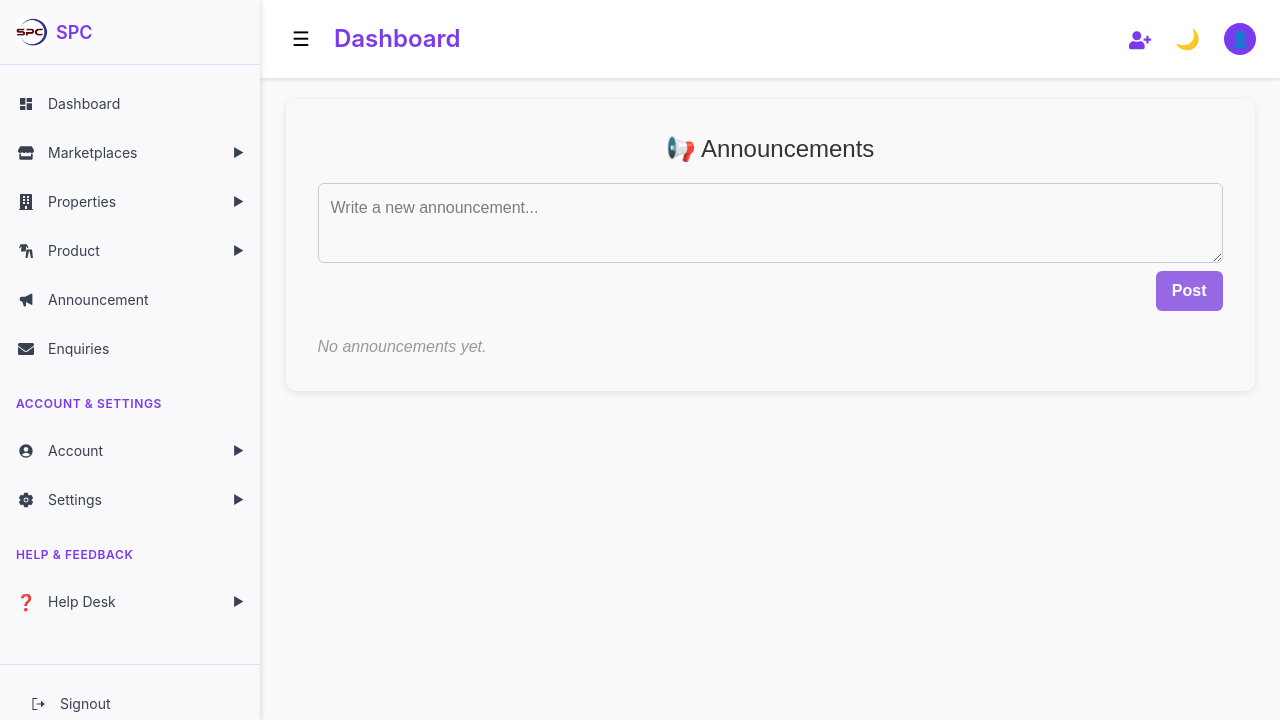
Repository: TheRDGroupOfIndustries/path-ecommerce
Page: /admin-anouncment (app in admin/)
These files come from the project's save history. The page is drawn as it stood at one moment and after a run of saves; the edit follows.
The browser window is 1280 px wide. The pictures show the whole page.
The page's requests for data from a server got no answer. The project was rebuilt for these pictures with package versions that can differ from the ones it lists, and the page was loaded fresh each time. Some packages were replaced by stand-ins written for this rebuild. No one was signed in, and anything a server would have sent is missing. Also part of the build but not shown: admin/vite.config.js, admin/src/pages/Dashboard/Dashboard.jsx, admin/src/pages/UserManagement/User.css, admin/src/pages/UserManagement/ViewUser.jsx, admin/src/pages/Login/Login.jsx, admin/src/pages/UserManagement/KYC.jsx, admin/src/pages/MarketPlace/AddItemM.css, admin/src/pages/MarketPlace/AddItemM.jsx and 14 more.

Above is the page before, as saved 2025-07-06 23:52:19.

### admin/index.html
<!doctype html>
<html lang="en">
  <head>
    <meta charset="UTF-8" />
    <link rel="icon" type="image/svg+xml" href="/vite.svg" />
    <meta name="viewport" content="width=device-width, initial-scale=1.0" />
    <title>SPC-Admin</title>
     <script src="https://cdn.jsdelivr.net/npm/@tailwindcss/browser@4"></script>
  </head>
  <body>
    <div id="root"></div>
    <script type="module" src="/src/main.jsx"></script>
  </body>
</html>

### admin/src/index.css
body {
  background: #f6f7ff;
}

.app-layout {
  min-height: 100vh;
  background-color:white;
  transition: all 0.3s ease;
}

.app-layout.dark {
  background-color: #1a202c;
}

.main-content {
  transition: margin-left 0.3s ease;
}

.main-content.sidebar-open {
  margin-left: 280px;
}

.main-content.sidebar-closed {
  margin-left: 0;
}

@media (max-width: 1024px) {
  .main-content.sidebar-open,
  .main-content.sidebar-closed {
    margin-left: 0;
  }
}

### admin/src/components/Header/Header.jsx
import "./Header.css"
import { Link } from "react-router-dom"
import { FaUserPlus } from "react-icons/fa";

const Header = ({ toggleSidebar, toggleDarkMode, darkMode }) => {
  return (
    <header className="header">
      <div className="header-left">
        <button className="sidebar-toggle-mobile" onClick={toggleSidebar} aria-label="Open Sidebar">
          <span>&#9776;</span>
        </button>
        <button onClick={toggleSidebar} className="sidebar-toggle">
          ☰
        </button>
        <h1 className="page-title">Dashboard</h1>
      </div>
      <div className="header-right">

       <div className="login-btn2">
        <button><Link to="/signup"><FaUserPlus/></Link></button>
       </div>


        <button onClick={toggleDarkMode} className="theme-toggle">
          {darkMode ? "☀️" : "🌙"}
        </button>

      <div className="user-profile">
        <div className="user-avatar">
          {JSON.parse(localStorage.getItem("user"))?.email?.charAt(0).toUpperCase() || "👤"}
        </div>
      </div>

      </div>
    </header>
  )
}

export default Header

### admin/src/pages/Announcment/AdminAnnouncment.jsx
import React, { useEffect, useState } from "react";
import "./Anouncment.css";
import {
  fetchDataFromApi,
  postData,
  patchData,
  deleteData,
} from "../../utils/api";
import { MdEdit } from "react-icons/md";
import { MdDelete } from "react-icons/md";

const AdminAnnouncment = () => {
  const [announcements, setAnnouncements] = useState([]);
  const [input, setInput] = useState("");
  const [editingId, setEditingId] = useState(null);
  const [editText, setEditText] = useState("");

  const loadAnnouncements = async () => {
    try {
      const data = await fetchDataFromApi("/announcement/get");
      setAnnouncements(data);
    } catch (error) {
      console.error("Error loading announcements:", error);
    }
  };

  useEffect(() => {
    loadAnnouncements();
  }, []);

  const handlePost = async () => {
    if (input.trim() === "") return;

    try {
      const newAnnouncement = await postData("/announcement/create", { text: input });
      setAnnouncements((prev) => [newAnnouncement, ...prev]);
      setInput("");
    } catch (error) {
      console.error("Failed to post announcement:", error);
    }
  };

  const handleEdit = (id, currentText) => {
    setEditingId(id);
    setEditText(currentText);
  };

  const handleSaveEdit = async (id) => {
    if (editText.trim() === "") return;
    try {
      const updated = await patchData(`/announcement/update/${id}`, { text: editText });
      setAnnouncements((prev) =>
        prev.map((a) => (a.id === id ? updated : a))
      );
      setEditingId(null);
      setEditText("");
    } catch (error) {
      console.error("Error updating announcement:", error);
    }
  };

  const handleDelete = async (id) => {
    if (!window.confirm("Are you sure you want to delete this announcement?")) return;

    try {
      await deleteData(`/announcement/delete/${id}`);
      setAnnouncements((prev) => prev.filter((a) => a.id !== id));
    } catch (error) {
      console.error("Error deleting announcement:", error);
    }
  };

  return (
    <div className="announcement-container">
      <h2 className="announcement-title">📢 Announcements</h2>

      <div className="announcement-input">
        <textarea
          placeholder="Write a new announcement..."
          value={input}
          onChange={(e) => setInput(e.target.value)}
        />
        <button onClick={handlePost}>Post</button>
      </div>

      <div className="announcement-list">
        {announcements.length === 0 ? (
          <p className="no-announcement">No announcements yet.</p>
        ) : (
          announcements.map((a) => (
            <div key={a.id} className="announcement-item">
              {editingId === a.id ? (
                <>
                  <textarea
                    value={editText}
                    onChange={(e) => setEditText(e.target.value)}
                  />
                  <div className="edit-actions">
                    <button onClick={() => handleSaveEdit(a.id)}>💾 Save</button>
                    <button onClick={() => setEditingId(null)}>❌ Cancel</button>
                  </div>
                </>
              ) : (
                <>
                  <p>{a.text}</p>
                  <div className="announcement-meta">
                    <span className="timestamp">
                      🕒 {new Date(a.createdAt).toLocaleString()}
                    </span>
                    <div className="actions">
                      <button onClick={() => handleEdit(a.id, a.text)}><MdEdit /></button>
                      <button onClick={() => handleDelete(a.id)}><MdDelete/></button>
                    </div>
                  </div>
                </>
              )}
            </div>
          ))
        )}
      </div>
    </div>
  );
};

export default AdminAnnouncment;

### admin/src/components/Header/Header.css
.login-btn2 {
    /* background: linear-gradient(90deg, #7c3aed 0%, #a78bfa 100%); */
    color: #7c3aed;
    border: none;
    font-size: 1.4rem;
    font-weight: 600;
    cursor: pointer;
    margin-top: 0.5rem;
    transition: background 0.2s;
  }

  .login-btn:hover {
    background: linear-gradient(90deg, #a78bfa 0%, #7c3aed 100%);
  }

.sidebar-toggle-mobile {
  display: none;
  background: none;
  border: none;
  font-size: 2rem;
  color: #7c3aed;
  cursor: pointer;
  margin-right: 1rem;
}
@media (max-width: 768px) {
  .sidebar-toggle-mobile {
    display: block;
  }
  .sidebar-toggle {
    display: none;
  }
}

### admin/src/pages/Login/Login.css
* {
    margin: 0;
    padding: 0;
    box-sizing: border-box;
  }

  body {
    font-family: "Segoe UI", Tahoma, Geneva, Verdana, sans-serif;
    background-color: #f5f5f5;
  }

  .login-container {
    min-height: 100vh;
    display: flex;
    align-items: center;
    justify-content: center;
    background: #f8fafc;
    max-width:100%;
    margin: auto;
  }

  .login-card {
    display: flex;
    flex-direction: row;
    background: #fff;
    border-radius: 1.5rem;
    box-shadow: 0 8px 32px rgba(60, 60, 120, 0.12);
    overflow: hidden;
  }

  .login-card-centered {
    max-width: 1000px;
    width: 100%;
    margin: 2rem auto;
  }

  .login-image-section {
    flex: 1 1 50%;
    background: #e6d3fc;
    display: flex;
    flex-direction: column;
    align-items: center;
    justify-content: center;
    min-width: 250px;
    padding: 2rem 1rem 1rem 1rem;
    position: relative;
  }

  .login-illustration {
    width: 100%;
    max-width: 100%;
    height:80%;
    margin-bottom: 2rem;
    border-radius:9px;
  }

  .create-account-link {
    color: #374151;
    text-decoration: underline;
    font-size: 1rem;
    margin-top: 1.5rem;
    transition: color 0.2s;
    text-align: center;
    display: block;
  }

  .create-account-link:hover {
    color: #7c3aed;
  }

  .login-form-section {
    flex: 1 1 50%;
    padding: 2.5rem 2.5rem 2rem 2.5rem;
    display: flex;
    flex-direction: column;
    justify-content: center;
    align-items: center;
    background: #fff;
  }

  .login-logo {
    width: 60px;
    height: 60px;
    object-fit: contain;
    margin-bottom: 1.5rem;
  }

  .login-title {
    font-size: 2rem;
    font-weight: 700;
    color: #22223b;
    margin-bottom: 2rem;
    text-align: left;
  }

  .login-form {
    width: 100%;
    max-width: 340px;
    display: flex;
    flex-direction: column;
    gap: 1.1rem;
  }

  .input-group {
    display: flex;
    align-items: center;
    position: relative;
  }

  .input-icon {
    position: absolute;
    left: 1rem;
    font-size: 1.1rem;
    color: #7c3aed;
    z-index: 1;
  }

  .input-group input,
  .input-group select {
    width: 100%;
    padding: 0.75rem 1rem 0.75rem 2.5rem;
    border: 1px solid #d1d5db;
    border-radius: 0.5rem;
    font-size: 1rem;
    outline: none;
    transition: border 0.2s;
    background: #fff;
    color: #374151;
  }

  .input-group input:focus,
  .input-group select:focus {
    border-color: #7c3aed;
  }

  .checkbox-group {
    display: flex;
    align-items: center;
    gap: 0.5rem;
    margin: 0.5rem 0 0.5rem 0;
  }

  .checkbox-group input[type="checkbox"] {
    accent-color: #7c3aed;
    width: 1rem;
    height: 1rem;
  }

  .checkbox-group label {
    font-size: 0.95rem;
    color: #6b7280;
  }

  .login-btn {
    background: linear-gradient(90deg, #7c3aed 0%, #a78bfa 100%);
    color: #fff;
    border: none;
    border-radius: 0.5rem;
    padding: 0.75rem 1rem;
    font-size: 1.1rem;
    font-weight: 600;
    cursor: pointer;
    margin-top: 0.5rem;
    transition: background 0.2s;
  }

  .login-btn:hover {
    background: linear-gradient(90deg, #a78bfa 0%, #7c3aed 100%);
  }



  @media (max-width: 900px) {
    .login-card-centered {
      max-width: 98vw;
      margin: 1rem auto;
    }
    .login-form-section {
      padding: 2rem 1rem 1.5rem 1rem;
    }
  }

  @media (max-width: 700px) {
    .login-card {
      flex-direction: column;
      width: 98vw;
      max-width: 98vw;
      min-width: unset;
      border-radius: 1.5rem;
    }
    .login-image-section {
      border-radius: 1.5rem 1.5rem 0 0;
      min-width: 0;
      padding: 2rem 1rem 1rem 1rem;
    }
    .login-illustration {
      border-radius: 1.5rem 1.5rem 0 0;
      max-height: 180px;
    }
    .login-form-section {
      padding: 2rem 1rem 1.5rem 1rem;
    }
  }

  @media (max-width: 480px) {
    .login-title {
      font-size: 1.2rem;
    }
    .login-form-section {
      padding: 1rem 0.5rem;
    }
  }

  /* Enhanced mobile responsiveness */
  @media (max-width: 320px) {
    .company-logo {
      width: 50px;
      height: 50px;
    }

    .login-title {
      font-size: 1.3rem;
      margin-bottom: 1.5rem;
    }

    .social-btn {
      width: 40px;
      height: 40px;
      font-size: 1rem;
    }
  }

  .login-card.full-page {
    width: 100vw;
    height: 100vh;
    max-width: 100vw;
    max-height: 100vh;
    border-radius: 0;
  }

  .login-form select {
    padding: 0.75rem 2.2rem;
    border: 1px solid #d1d5db;
    border-radius: 0.5rem;
    font-size: 1rem;
    outline: none;
    transition: border 0.2s;
    background: #fff;
    color: #374151;
  }

  .login-form select:focus {
    border-color: #7c3aed;
  }

  @media (max-width: 700px) {
    .login-card.full-page {
      width: 100vw;
      height: 100vh;
      max-width: 100vw;
      max-height: 100vh;
      border-radius: 0;
    }
  }

### admin/src/pages/Signup/Signup.css
* {
    margin: 0;
    padding: 0;
    box-sizing: border-box;
  }

  body {
    font-family: "Segoe UI", Tahoma, Geneva, Verdana, sans-serif;
    background-color: #f5f5f5;
  }

  .login-container {
    min-height: 100vh;
    display: flex;
    align-items: center;
    justify-content: center;
    background: #f8fafc;
    max-width:100%;
    margin: auto;
  }

  .login-card {
    display: flex;
    flex-direction: row;
    background: #fff;
    border-radius: 1.5rem;
    box-shadow: 0 8px 32px rgba(60, 60, 120, 0.12);
    overflow: hidden;
  }

  .login-card-centered {
    max-width: 1000px;
    width: 100%;
    margin: 2rem auto;
  }

  .login-image-section {
    flex: 1 1 50%;
    background: #e6d3fc;
    display: flex;
    flex-direction: column;
    align-items: center;
    justify-content: center;
    min-width: 250px;
    padding: 2rem 1rem 1rem 1rem;
    position: relative;
  }

  .login-illustration {
    width: 100%;
    max-width: 100%;
    height:80%;
    margin-bottom: 2rem;
    border-radius:9px;
  }

  .create-account-link {
    color: #374151;
    text-decoration: underline;
    font-size: 1rem;
    margin-top: 1.5rem;
    transition: color 0.2s;
    text-align: center;
    display: block;
  }

  .create-account-link:hover {
    color: #7c3aed;
  }

  .login-form-section {
    flex: 1 1 50%;
    padding: 2.5rem 2.5rem 2rem 2.5rem;
    display: flex;
    flex-direction: column;
    justify-content: center;
    align-items: center;
    background: #fff;
  }

  .login-logo {
    width: 60px;
    height: 60px;
    object-fit: contain;
    margin-bottom: 1.5rem;
  }

  .login-title {
    font-size: 2rem;
    font-weight: 700;
    color: #22223b;
    margin-bottom: 2rem;
    text-align: left;
  }

  .login-form {
    width: 100%;
    max-width: 340px;
    display: flex;
    flex-direction: column;
    gap: 1.1rem;
  }

  .input-group {
    display: flex;
    align-items: center;
    position: relative;
  }

  .input-icon {
    position: absolute;
    left: 1rem;
    font-size: 1.1rem;
    color: #7c3aed;
    z-index: 1;
  }

  .input-group input,
  .input-group select {
    width: 100%;
    padding: 0.75rem 1rem 0.75rem 2.5rem;
    border: 1px solid #d1d5db;
    border-radius: 0.5rem;
    font-size: 1rem;
    outline: none;
    transition: border 0.2s;
    background: #fff;
    color: #374151;
  }

  .input-group input:focus,
  .input-group select:focus {
    border-color: #7c3aed;
  }

  .checkbox-group {
    display: flex;
    align-items: center;
    gap: 0.5rem;
    margin: 0.5rem 0 0.5rem 0;
  }

  .checkbox-group input[type="checkbox"] {
    accent-color: #7c3aed;
    width: 1rem;
    height: 1rem;
  }

  .checkbox-group label {
    font-size: 0.95rem;
    color: #6b7280;
  }

  .login-btn {
    background: linear-gradient(90deg, #7c3aed 0%, #a78bfa 100%);
    color: #fff;
    border: none;
    border-radius: 0.5rem;
    padding: 0.75rem 1rem;
    font-size: 1.1rem;
    font-weight: 600;
    cursor: pointer;
    margin-top: 0.5rem;
    transition: background 0.2s;
  }

  .login-btn:hover {
    background: linear-gradient(90deg, #a78bfa 0%, #7c3aed 100%);
  }



  @media (max-width: 900px) {
    .login-card-centered {
      max-width: 98vw;
      margin: 1rem auto;
    }
    .login-form-section {
      padding: 2rem 1rem 1.5rem 1rem;
    }
  }

  @media (max-width: 700px) {
    .login-card {
      flex-direction: column;
      width: 98vw;
      max-width: 98vw;
      min-width: unset;
      border-radius: 1.5rem;
    }
    .login-image-section {
      border-radius: 1.5rem 1.5rem 0 0;
      min-width: 0;
      padding: 2rem 1rem 1rem 1rem;
    }
    .login-illustration {
      border-radius: 1.5rem 1.5rem 0 0;
      max-height: 180px;
    }
    .login-form-section {
      padding: 2rem 1rem 1.5rem 1rem;
    }
  }

  @media (max-width: 480px) {
    .login-title {
      font-size: 1.2rem;
    }
    .login-form-section {
      padding: 1rem 0.5rem;
    }
  }

  /* Enhanced mobile responsiveness */
  @media (max-width: 320px) {
    .company-logo {
      width: 50px;
      height: 50px;
    }

    .login-title {
      font-size: 1.3rem;
      margin-bottom: 1.5rem;
    }

    .social-btn {
      width: 40px;
      height: 40px;
      font-size: 1rem;
    }
  }

  .login-card.full-page {
    width: 100vw;
    height: 100vh;
    max-width: 100vw;
    max-height: 100vh;
    border-radius: 0;
  }

  .login-form select {
    padding: 0.75rem 2.2rem;
    border: 1px solid #d1d5db;
    border-radius: 0.5rem;
    font-size: 1rem;
    outline: none;
    transition: border 0.2s;
    background: #fff;
    color: #374151;
  }

  .login-form select:focus {
    border-color: #7c3aed;
  }

  @media (max-width: 700px) {
    .login-card.full-page {
      width: 100vw;
      height: 100vh;
      max-width: 100vw;
      max-height: 100vh;
      border-radius: 0;
    }
  }

### admin/src/pages/Announcment/Anouncment.css
.announcement-container {
  max-width:95%;
  margin: 20px auto;
  padding: 2rem;
  font-family: Arial, sans-serif;
  background: #f9f9f9;
  border-radius: 10px;
  box-shadow: 0 2px 8px rgba(0,0,0,0.1);
}

.announcement-title {
  font-size: 1.5rem;
  margin-bottom: 1rem;
  color: #333;
}

.announcement-input {
  display: flex;
  flex-direction: column;
  margin-bottom: 1.5rem;
}

.announcement-input textarea {
  resize: vertical;
  min-height: 80px;
  padding: 0.75rem;
  font-size: 1rem;
  margin-bottom: 0.5rem;
  border-radius: 6px;
  border: 1px solid #ccc;
}

.announcement-input button {
  align-self: flex-end;
  padding: 0.5rem 1rem;
  background-color: #9668e4;
  color: white;
  border: none;
  border-radius: 6px;
  font-weight: 600;
  cursor: pointer;
}

.announcement-input button:hover {
  background-color: #6e29a0;
}

.announcement-list {
  display: flex;
  flex-direction: column;
  gap: 1rem;
}

.announcement-item {
  background-color: #fff;
  padding: 1rem;
  border-radius: 6px;
  border: 1px solid #ddd;
}

.announcement-item .timestamp {
  display: block;
  margin-top: 0.5rem;
  font-size: 0.85rem;
  color: #777;
}

.no-announcement {
  color: #999;
  font-style: italic;
}


/* For edit and delete action buttons */
.announcement-meta {
  display: flex;
  justify-content: space-between;
  align-items: center;
  margin-top: 0.5rem;
}

.announcement-meta .actions {
  display: flex;
  gap: 0.5rem;
}

.announcement-meta .actions button {
  background: transparent;
  border: none;
  font-size: 1.1rem;
  cursor: pointer;
  color: #555;
  transition: color 0.2s;
}

.announcement-meta .actions button:hover {
  color: #000;
}

.announcement-item textarea {
  width: 100%;
  resize: vertical;
  padding: 0.6rem;
  font-size: 1rem;
  border: 1px solid #ccc;
  border-radius: 6px;
  margin-bottom: 0.5rem;
}

.edit-actions {
  display: flex;
  gap: 0.5rem;
}

.edit-actions button {
  padding: 0.4rem 0.8rem;
  border: none;
  border-radius: 6px;
  font-weight: 600;
  font-size: 0.9rem;
  cursor: pointer;
}

.edit-actions button:first-child {
  background-color: #4caf50;
  color: white;
}

.edit-actions button:last-child {
  background-color: #f44336;
  color: white;
}

### admin/src/pages/Associate/Associate.css
.associate-container {
  padding: 2rem;
  font-family: "Segoe UI", Tahoma, Geneva, Verdana, sans-serif;
}

h2 {
  text-align: center;
  margin-bottom: 1.5rem;
  color: #2e3a59;
}

.table-wrapper {
  overflow-x: auto;
}

.associate-table {
  width: 100%;
  border-collapse: collapse;
  box-shadow: 0 0 10px rgba(0, 0, 0, 0.1);
}

.associate-table th,
.associate-table td {
  padding: 12px 15px;
  text-align: center;
  border: 1px solid #ddd;
}

.associate-table th {
  background-color: #f4f7ff;
  font-weight: 600;
  color: #2e3a59;
}

.associate-table tbody tr:nth-child(even) {
  background-color: #fafafa;
}

.associate-table tbody tr:hover {
  background-color: #f0f4ff;
  transition: all 0.3s ease;
}

Loaded but not shown: admin/src/main.jsx (common file); admin/src/utils/api.js (123 lines, source omitted); admin/src/pages/Product/Product.css (1248 lines, source omitted); admin/src/pages/Dashboard/Dashboard.css (506 lines, source omitted); admin/src/components/Sidebar/Sidebar.jsx (208 lines, source omitted); admin/src/components/Sidebar/Sidebar.css (366 lines, source omitted); admin/src/App.jsx (157 lines, source omitted)

After the next 4 saves:
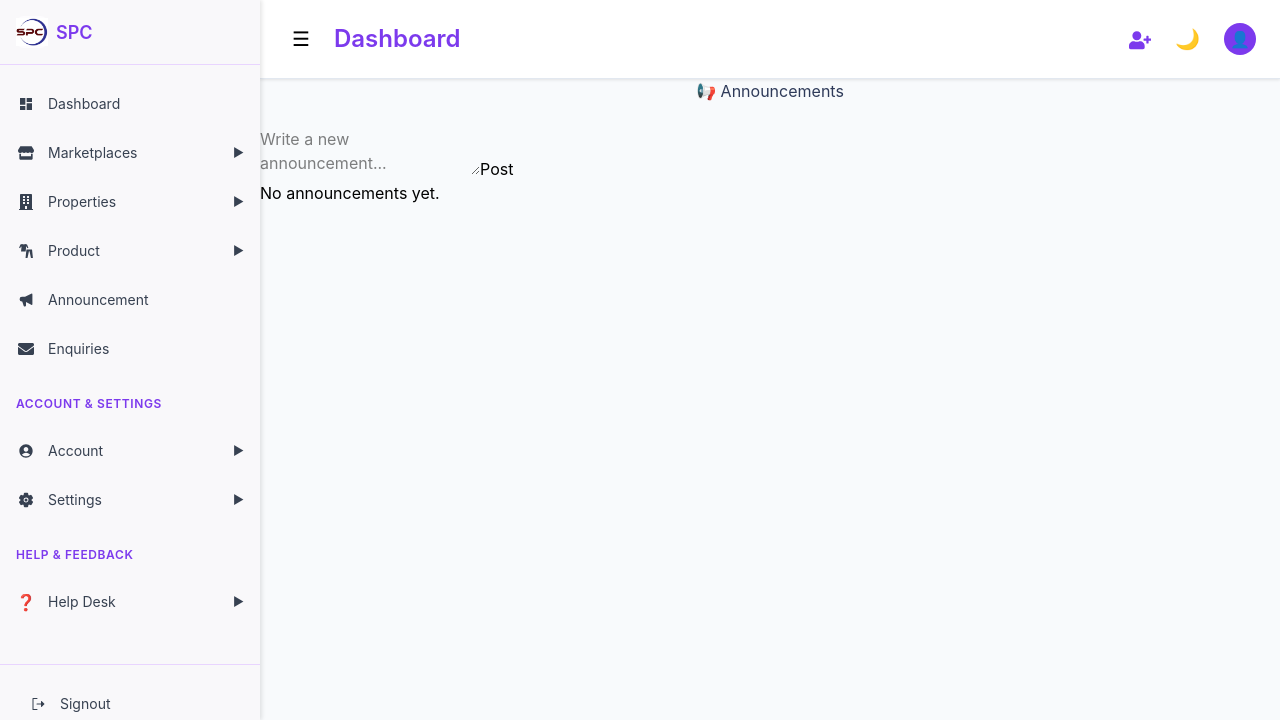
The 4 saves are shown as one change because they came seconds apart.
The last was saved 12 s later.
--- a/admin/src/pages/Announcment/Anouncment.css
+++ b/admin/src/pages/Announcment/Anouncment.css
@@ -1,4 +1,4 @@
-.announcement-container {
+/* .announcement-container {
   max-width:95%;
   margin: 20px auto;
   padding: 2rem;
@@ -70,8 +70,6 @@
   font-style: italic;
 }
 
-
-/* For edit and delete action buttons */
 .announcement-meta {
   display: flex;
   justify-content: space-between;
@@ -129,4 +127,64 @@
 .edit-actions button:last-child {
   background-color: #f44336;
   color: white;
+} */
+
+/* 🌙 Dark Mode Support */
+.dark .announcement-container {
+  background-color: #0f172a;
+  color: #f1f5f9;
+  box-shadow: 0 2px 8px rgba(255, 255, 255, 0.05);
 }
+
+.dark .announcement-title {
+  color: #a855f7;
+}
+
+.dark .announcement-input textarea,
+.dark .announcement-item textarea {
+  background-color: #1e293b;
+  color: #f1f5f9;
+  border: 1px solid #334155;
+}
+
+.dark .announcement-input textarea::placeholder {
+  color: #94a3b8;
+}
+
+.dark .announcement-input button {
+  background-color: #7c3aed;
+  color: #fff;
+}
+
+.dark .announcement-input button:hover {
+  background-color: #5b21b6;
+}
+
+.dark .announcement-item {
+  background-color: #1e293b;
+  border: 1px solid #334155;
+}
+
+.dark .announcement-item .timestamp {
+  color: #94a3b8;
+}
+
+.dark .announcement-meta .actions button {
+  color: #cbd5e1;
+}
+
+.dark .announcement-meta .actions button:hover {
+  color: #f1f5f9;
+}
+
+.dark .edit-actions button:first-child {
+  background-color: #22c55e;
+}
+
+.dark .edit-actions button:last-child {
+  background-color: #ef4444;
+}
+
+.dark .no-announcement {
+  color: #94a3b8;
+}

After the save that followed:
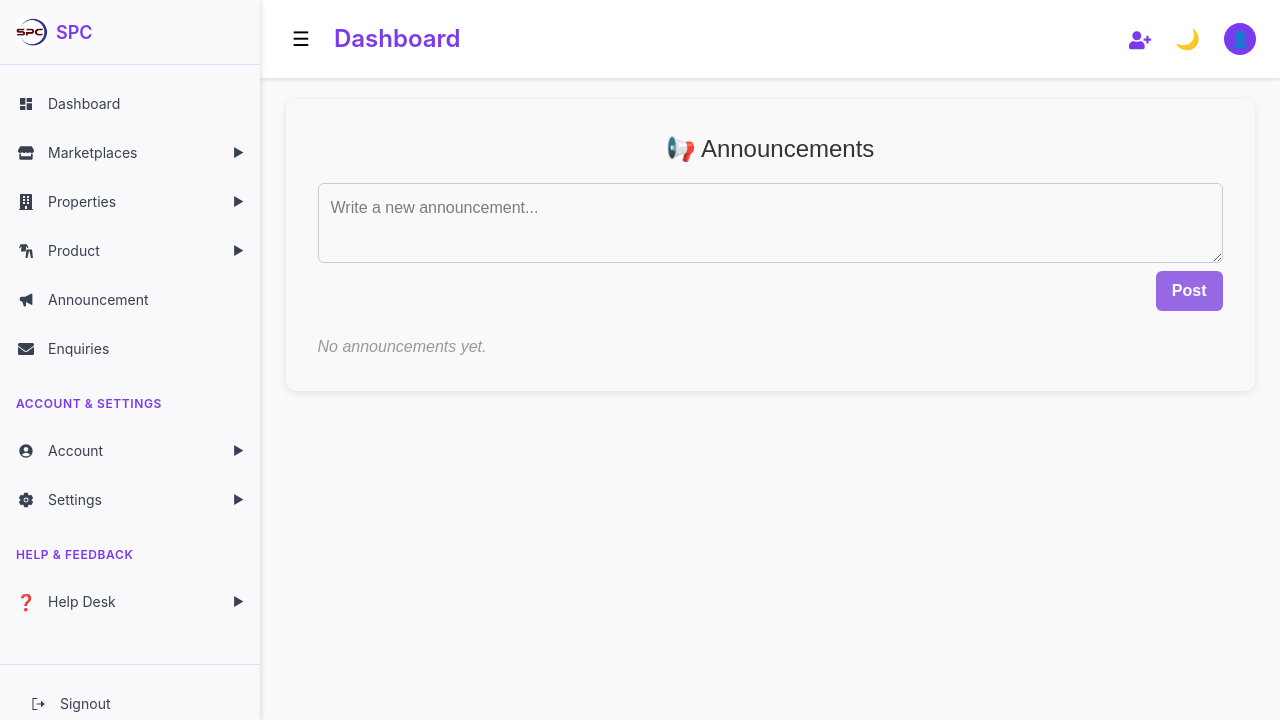
Saved 30 s later.
--- a/admin/src/pages/Announcment/Anouncment.css
+++ b/admin/src/pages/Announcment/Anouncment.css
@@ -1,4 +1,4 @@
-/* .announcement-container {
+.announcement-container {
   max-width:95%;
   margin: 20px auto;
   padding: 2rem;
@@ -127,7 +127,7 @@
 .edit-actions button:last-child {
   background-color: #f44336;
   color: white;
-} */
+}
 
 /* 🌙 Dark Mode Support */
 .dark .announcement-container {
